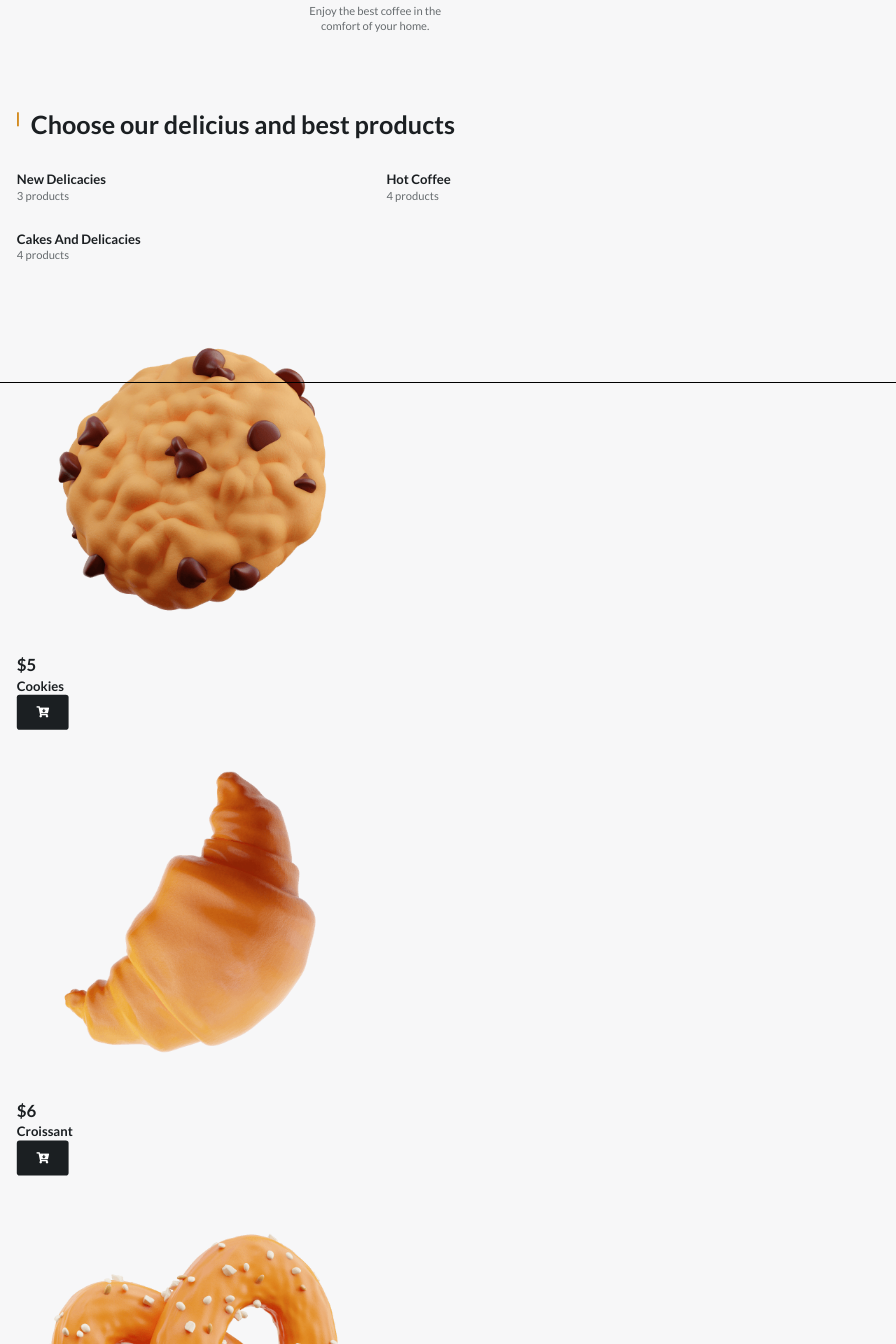
Repository: Nguyenductuan-dev/Website-coffee
Page: index.html
An editor plug-in stored every save of this project. The page is shown before and after the next save, followed by the edit.
The browser window is 1280 px wide. The pictures show the part of the page from y = 2358 to 4278 px (the page is 9915 px tall before and 6521 px after), at 70% of full size.

Above is the page before, as saved 2022-04-16 14:35:27.

### index.html
<!DOCTYPE html>
<html lang="en">
<head>
    <meta charset="UTF-8">
    <meta http-equiv="X-UA-Compatible" content="IE=edge">
    <meta name="viewport" content="width=device-width, initial-scale=1.0">
    <link rel="shortcut icon" href="assets/imgs/favicon.png" type="image/x-icon">
    <link rel="stylesheet" href="https://cdnjs.cloudflare.com/ajax/libs/font-awesome/5.15.1/css/all.min.css" />
    <link rel="preconnect" href="https://fonts.googleapis.com">
    <link rel="preconnect" href="https://fonts.gstatic.com" crossorigin>
    <link href="https://fonts.googleapis.com/css2?family=Lato:wght@400;700&family=Montserrat:ital,wght@0,200;0,300;0,400;0,500;0,600;0,700;1,600&display=swap" rel="stylesheet">
    <link rel="stylesheet" href="assets/css/style.css">
    <title>Website coffee</title>
</head>
<body>
    <!-- ============================ HEADER =========================== -->
    <header class="header" id="header">
        <nav class="nav container">
            <a href="/" class="nav__logo">
                <img src="assets/imgs/logo.png" alt="" class="nav__logo-img">
                Coffee.
            </a>

            <div class="nav__menu" id="nav-menu">
                <ul class="nav__list">
                    <li class="nav__item">
                        <a href="#home" class="nav__link">Home</a>
                    </li>
                    <li class="nav__item">
                        <a href="#product" class="nav__link">Product</a>
                    </li>
                    <li class="nav__item">
                        <a href="#premium" class="nav__link">Premium</a>
                    </li>
                    <li class="nav__item">
                        <a href="#blog" class="nav__link">Blog</a>
                    </li>
                </ul>

                <div class="nav__close" id="nav-close">
                    <i class="fas fa-times"></i>
                </div>
            </div>

            <!-- Toggle button -->
            <div class="nav__toggle" id="nav-toggle">
                <i class="fas fa-bars"></i>
            </div>
        </nav>
    </header>

    <!-- ============================ MAIN =============================  -->
    <main>
        <!-- ======================== HOME ============================= -->
        <section class="home grid" id="home">
            <div class="home__container">
                <div class="home__content container">
                    <h1 class="home__title">
                        Choose Your Favorite Coffee And Endjoy<span>,</span>
                    </h1>
                   <p class="home__description">
                       Buy the best and delicius coffees.
                   </p>

                   <div class="home__data">
                       <div class="home__data-group">
                           <h2 class="home__data-number">120k</h2>
                           <h3 class="home-data-title">Testimonials</h3>
                           <p class="home__data-description">
                               Testimonials from various customers who true us.
                           </p>
                       </div>

                       <div class="home__data-group">
                        <h2 class="home__data-number">340+</h2>
                        <h3 class="home-data-title">Exclusive Product</h3>
                        <p class="home__data-description">
                            Premium preparation with quality ingredients.
                        </p>
                    </div>
                   </div>

                   <a href="#specialty">
                       <img src="assets/imgs/scroll.png" alt="" class="home__scroll">
                   </a>
                </div>
            </div>

            <img src="assets/imgs/home.png" alt="" class="home__img">
        </section>

        <!-- ======================== SPECIALTY ============================= -->
        <div class="specialty section container" id="specialty">
            <div class="specialty__container">
                <div class="specialty__box">
                    <h2 class="section__title">
                        Specialty coffees that make you haooy and cheer you up!
                    </h2>

                    <div>
                        <a href="" class="btn specialty__btn">See more</a>
                    </div>
                </div>

                <div class="specialty__category">
                    <div class="specialty__group">
                        <img src="assets/imgs/specialty1.png" alt="" class="specialty__img">
                        <h3 class="specialty__title">Seclected coffee</h3>
                        <p class="specialty__description">
                            We select the best premium coffee, for a true taste.
                        </p>
                    </div>

                    <div class="specialty__group">
                        <img src="assets/imgs/specialty2.png" alt="" class="specialty__img">
                        <h3 class="specialty__title">Delicius Cookies</h3>
                        <p class="specialty__description">
                            Enjoy your coffee whit some hot cookies
                        </p>
                    </div>

                    <div class="specialty__group">
                        <img src="assets/imgs/specialty3.png" alt="" class="specialty__img">
                        <h3 class="specialty__title">Enjoy at home</h3>
                        <p class="specialty__description">
                            Enjoy the best coffee in the comfort of your home.
                        </p>
                    </div>
                </div>
            </div>
        </div>

        <!-- ======================== PRODUCTS ============================= -->
        <section class="products section" id="products">
            <div class="products__container container">
                <h2 class="section__title">
                    Choose our delicius and best products
                </h2>

                <ul class="products__filters">
                    <li class="products__item products__line">
                        <h3 class="products__title">New Delicacies</h3>
                        <span class="products__stock">3 products</span>
                    </li>
                    <li class="products__item products__line">
                        <h3 class="products__title">Hot Coffee</h3>
                        <span class="products__stock">4 products</span>
                    </li>
                    <li class="products__item products__line">
                        <h3 class="products__title">Cakes And Delicacies</h3>
                        <span class="products__stock">4 products</span>
                    </li>
                </ul>

                <div class="products__content grid">
                    <!-- ========== Delicacies ========= -->
                    <article class="products__card">
                        <div class="products__shape">
                            <img src="assets/imgs/delicacies1.png" alt="" class="products__img">
                        </div>

                        <div class="products__data">
                            <h2 class="products__price">$5</h2>
                            <h3 class="products__name">Cookies</h3>

                            <button class="btn products__button">
                                <i class="fas fa-cart-arrow-down"></i>
                            </button>
                        </div>
                    </article>

                    <article class="products__card">
                        <div class="products__shape">
                            <img src="assets/imgs/delicacies2.png" alt="" class="products__img">
                        </div>

                        <div class="products__data">
                            <h2 class="products__price">$6</h2>
                            <h3 class="products__name">Croissant</h3>

                            <button class="btn products__button">
                                <i class="fas fa-cart-arrow-down"></i>
                            </button>
                        </div>
                    </article>

                    <article class="products__card">
                        <div class="products__shape">
                            <img src="assets/imgs/delicacies3.png" alt="" class="products__img">
                        </div>

                        <div class="products__data">
                            <h2 class="products__price">$4</h2>
                            <h3 class="products__name">Croissant</h3>

                            <button class="btn products__button">
                                <i class="fas fa-cart-arrow-down"></i>
                            </button>
                        </div>
                    </article>

                    <!-- ========== Coffee ========= -->
                    <article class="products__card">
                        <div class="products__shape">
                            <img src="assets/imgs/coffee1.png" alt="" class="products__img">
                        </div>

                        <div class="products__data">
                            <h2 class="products__price">$7</h2>
                            <h3 class="products__name">Black Coffee</h3>

                            <button class="btn products__button">
                                <i class="fas fa-cart-arrow-down"></i>
                            </button>
                        </div>
                    </article>

                    <article class="products__card">
                        <div class="products__shape">
                            <img src="assets/imgs/coffee2.png" alt="" class="products__img">
                        </div>

                        <div class="products__data">
                            <h2 class="products__price">$12</h2>
                            <h3 class="products__name">Pure Coffee</h3>

                            <button class="btn products__button">
                                <i class="fas fa-cart-arrow-down"></i>
                            </button>
                        </div>
                    </article>

                    <article class="products__card">
                        <div class="products__shape">
                            <img src="assets/imgs/coffee3.png" alt="" class="products__img">
                        </div>

                        <div class="products__data">
                            <h2 class="products__price">$9</h2>
                            <h3 class="products__name">Milk Coffee</h3>

                            <button class="btn products__button">
                                <i class="fas fa-cart-arrow-down"></i>
                            </button>
                        </div>
                    </article>

                    <article class="products__card">
                        <div class="products__shape">
                            <img src="assets/imgs/coffee4.png" alt="" class="products__img">
                        </div>

                        <div class="products__data">
                            <h2 class="products__price">$9</h2>
                            <h3 class="products__name">Moka Coffee</h3>

                            <button class="btn products__button">
                                <i class="fas fa-cart-arrow-down"></i>
                            </button>
                        </div>
                    </article>

                    <!-- ========== Cake ========= -->
                    <article class="products__card">
                        <div class="products__shape">
                            <img src="assets/imgs/cake1.png" alt="" class="products__img">
                        </div>

                        <div class="products__data">
                            <h2 class="products__price">$6</h2>
                            <h3 class="products__name">Cream Cake</h3>

                            <button class="btn products__button">
                                <i class="fas fa-cart-arrow-down"></i>
                            </button>
                        </div>
                    </article>
                    <article class="products__card">
                        <div class="products__shape">
                            <img src="assets/imgs/cake2.png" alt="" class="products__img">
                        </div>

                        <div class="products__data">
                            <h2 class="products__price">$5</h2>
                            <h3 class="products__name">Chocolate Croissant</h3>

                            <button class="btn products__button">
                                <i class="fas fa-cart-arrow-down"></i>
                            </button>
                        </div>
                    </article>
                    <article class="products__card">
                        <div class="products__shape">
                            <img src="assets/imgs/cake3.png" alt="" class="products__img">
                        </div>

                        <div class="products__data">
                            <h2 class="products__price">$15</h2>
                            <h3 class="products__name">Pancake</h3>

                            <button class="btn products__button">
                                <i class="fas fa-cart-arrow-down"></i>
                            </button>
                        </div>
                    </article>

                    <article class="products__card">
                        <div class="products__shape">
                            <img src="assets/imgs/cake4.png" alt="" class="products__img">
                        </div>

                        <div class="products__data">
                            <h2 class="products__price">$12</h2>
                            <h3 class="products__name">Milk Cake</h3>

                            <button class="btn products__button">
                                <i class="fas fa-cart-arrow-down"></i>
                            </button>
                        </div>
                    </article>
                </div>
            </div>
        </section>
    </main>



    <script src="assets/js/main.js"></script>
</body>
</html>

### assets/css/style.css
:root {
    --header-height: 3.5rem;
    /* ===============Color=============== */
    --first-color: hsl(36, 72%, 48%);
    --first-color-alt: hsl(36, 72%, 44%);
    --black-color: hsl(206, 12%, 12%);
    --card-color: hsl(0, 0%, 90%);
    --tittle-color: hsl(206, 12%, 12%);
    --text-color: hsl(206, 4%, 42%);
    --tittle-color-light: hsl(206, 4%, 75%);
    --body-color: hsl(206, 4%, 97%);
    --container-color: #fff;

    /* ==============Font=============== */
    --body-font: 'Lato', sans-serif;
    --biggest-font-size: 2.25rem;
    --h1-font-size: 1.5rem;
    --h2-font-size: 1.25rem;
    --h3-font-size: 1rem;
    --normal-font-size: .938rem;
    --small-font-size: .813rem;
    --smaller-font-size: .75rem;

    /* ==============Font weidth========= */
    --font-bold: 700;

    /* ==============Z-index============= */
    --z-tooltip: 10;
    --z-fixed: 100;
}

@media screen and (min-width: 968px){
    :root {
        --biggest-font-size: 3.5rem;
        --h1-font-size: 2.25rem;
        --h2-font-size: 1.5rem;
        --h3-font-size: 1.25rem;
        --normal-font-size: 1rem;
        --small-font-size: .875rem;
        --smaller-font-size: .813rem;
    }
}

/* =================BASE================== */
* {
    padding: 0;
    margin: 0;
    box-sizing: border-box;
}

html {
    scroll-behavior: smooth;
}

body {
    font-family: var(--body-font);
    font-size: var(--normal-font-size);
    background-color: var(--body-color);
    color: var(--text-color);
}

h1,h2,h3 {
    color: var(--tittle-color);
    font-weight: var(--font-bold);
}

h1,h2,h3,p {
    line-height: 140%;
}

ul {
    list-style: none;

}
a {
    text-decoration: none;
}
img {
    max-width: 100%;
    height: auto;
}
button {
    border: none;
    outline: none;
    cursor: pointer;
}

.container {
    max-width: 1024px;
    margin-left: 1.5rem;
    margin-right: 1.5rem;
}
.grid {
    display: grid;
    gap: 1.5rem;
}
.section {
    padding: 4.5rem 0 2rem;
}
.section__title {
    position: relative;
    font-size: var(--h1-font-size);
    padding-left: 1.25rem;
    margin-bottom: 2.5rem;
}
.section__title::before {
    content: '';
    position: absolute;
    top: 8px;
    left: 0;
    width: 3px;
    height: 20px;
    background-color: var(--first-color);
}
/* ====================== HEADER & NAV ====================*/
.header {
    width: 100%;
    background: transparent;
    position: fixed;
    top: 0;
    left: 0;
    z-index: var(--z-fixed);
}
.nav {
    height: var(--header-height);
    display: flex;
    justify-content: space-between;
    align-items: center;
}
.nav__logo,
.nav__toggle {
    color: #fff;
}
.nav__logo {
    display: flex;
    align-items: center;
    column-gap: .5rem;
    font-weight: var(--font-bold);
}
.nav__logo-img {
    width: .75rem;
}
.nav__toggle {
    display: inline-flex;
    font-size: 1.15rem;
    cursor: pointer;
}

@media screen and (max-width: 769px) {
    .nav__menu {
        position: fixed;
        background-color: var(--black-color);
        top: 0;
        right: -100%;
        width: 100%;
        height: 100%;
        transition: .3s;
    }
}

.nav__list {
    display: flex;
    flex-direction: column;
    text-align: center;
    row-gap: 3rem;
    padding-top: 9rem;
}
.nav__link {
    text-transform: uppercase;
    color: var(--text-color-light);
    font-size: var(--h2-font-size);
    transition: .3s;
}
.nav__link:hover {
    color: #fff;
}
.nav__close {
    font-size: 2rem;
    color: #fff;
    position: absolute;
    top: 1rem;
    right: 1rem;
    cursor: pointer;
}

/* =========== Show menu ============ */
.show-menu {
    right: 0;

}
/* =========== SCROLL ========== */
.scroll-header {
    background-color: var(--body-color);
    box-shadow: 0 1px 4px hsla(0, 4%, 15%, .1);
}
.scroll-header .nav__logo,
.scroll-header .nav__toggle {
    color: var(--tittle-color);
}
.scroll-header .nav__logo-img {
    mix-blend-mode: difference;
}

/* =========== HOME ============ */
.home {
    gap: 0;
}
.home__container {
    padding: 7rem 0 2.5rem;
    background: linear-gradient(160deg, hsla(206, 5%, 24%, 1) -4%, hsla(206, 12%, 12%, 1) 46%);
}
.home__content {
    position: relative;
}
.home__title,
.home__data-title {
    color: #fff;
}
.home__title {
    font-size: var(--biggest-font-size);
    margin-bottom: 1.5rem;
}
.home__title span {
    color: var(--first-color);
}
.home__description {
    margin-bottom: 2rem;
}
.home__data {
    border-top: 1px solid var(--text-color);
    padding-top: 2rem;
    display: grid;
    grid-template-columns: repeat(2, 1fr);
    column-gap: 1.5rem;
}
.home__data-number {
    color: var(--first-color);
    font-size: var(--h1-font-size);
    margin-bottom: 1.5rem;
}
.home__data-title {
    font-size: var(--h3-font-size);
    margin-bottom: .5rem;
}
.home__scroll {
    position: absolute;
    width: 100px;
    bottom: -7rem;
    left: 0;
    right: 0;
    margin: 0 auto;
    animation: scroll 3s infinite;
}

@keyframes scroll {
    0% {
        transform: translateY(0);
    }
    50% {
        transform: translateY(-.5rem);
    }
    100% {
        transform: translateY(0);
    }
}

/* =========== Btn ============ */
.btn {
    display: inline-block;
    background-color: var(--black-color);
    color: #fff;
    padding: 1rem 1.75rem;
    border-radius: .25rem;
    font-size: var(--normal-font-size);
    text-transform: uppercase;
}

/* =========== SPECIALTY ============ */
.specialty__btn {
    margin-left: 1.25rem;
}
.specialty__category {
    margin-top: 4rem;
    display: grid;
    grid-template-columns: 200px;
    justify-content: center;
    row-gap: 2.5rem;
}
.specialty__img {
    width: 60px;
    margin-bottom: 1rem;
    transition: .4s;
}
.specialty__group {
    text-align: center;

}
.specialty__title {
    font-size: var(--h2-font-size);
    margin-bottom: .25rem;
}
.specialty__group:hover .specialty__img {
    transform: translateY(-.25rem);
}

/* =========== PRODUCTS ============ */
.products__filters {
    display: grid;
    grid-template-columns: repeat(2, 1fr);
    gap: 2.5rem 2rem;
    margin-bottom: 3.5rem;
}

### assets/js/main.js


/* ===================== SHOW MENU ========================= */
const navMenu = document.getElementById('nav-menu');
const navToggle = document.getElementById('nav-toggle');
const navClose = document.getElementById('nav-close');

/* ====== MENU SHOW ====*/
if(navToggle) {
    navToggle.addEventListener('click', () => {
        navMenu.classList.add('show-menu');
    })
}
/* ===== MENU HIDEN =====*/

if(navClose) {
    navClose.addEventListener('click', () =>{
        navMenu.classList.remove('show-menu');
    })
}
/* ====== REMOVE MENU MOBILE ON CLICK LINK ======== */
const navLink = document.querySelectorAll('.nav__link');
function linkAction() {
    const navMenu = document.getElementById('nav-menu');
    navMenu.classList.remove('show-menu');

}
navLink.forEach( n => n.addEventListener('click', linkAction));

/* ======================= SCROLL ============================ */
function scrollheader() {
    const header = document.getElementById('header');
    if(this.scrollY >=50) {
        header.classList.add('scroll-header');
    }
    else
        header.classList.remove('scroll-header');
}
window.addEventListener('scroll', scrollheader);

After the next save:
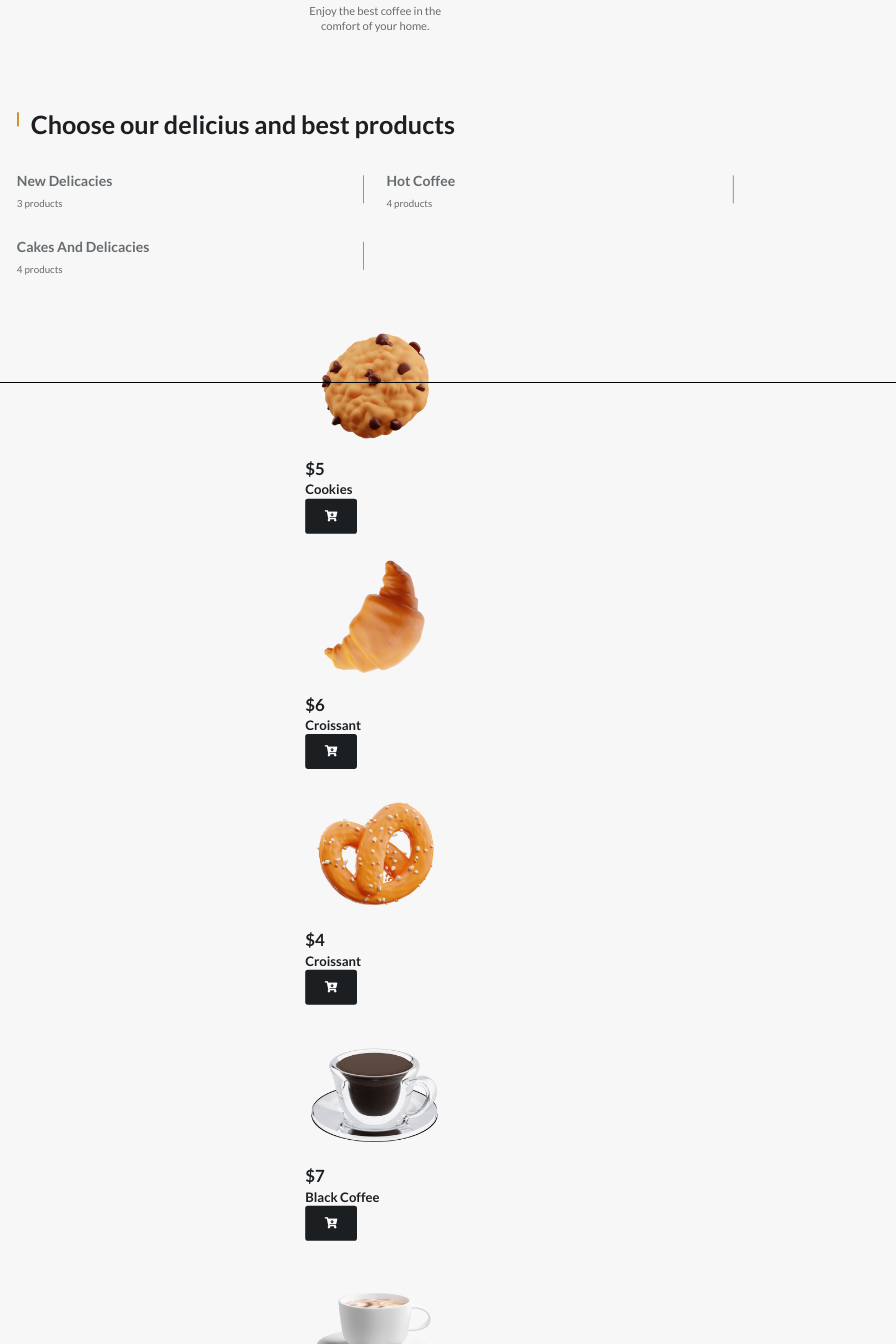
Saved 5 min 12 s later.
--- a/assets/css/style.css
+++ b/assets/css/style.css
@@ -310,3 +310,32 @@ button {
     gap: 2.5rem 2rem;
     margin-bottom: 3.5rem;
 }
+.products__line {
+    position: relative;
+}
+.products__line::before {
+    content: '';
+    position: absolute;
+    width: 1px;
+    height: 40px;
+    background-color: var(--text-color);
+    right: 0;
+    top: 0;
+    bottom: 0;
+    margin: auto 0;
+}
+.products__item {
+    cursor: pointer;
+}
+.products__title {
+    font-size: var(--h3-font-size);
+    color: var(--text-color);
+    margin-bottom: .5rem;
+}
+.products__stock {
+    font-size: var(--small-font-size);
+}
+.products__content {
+    grid-template-columns: 200px;
+    justify-content: center;
+}
